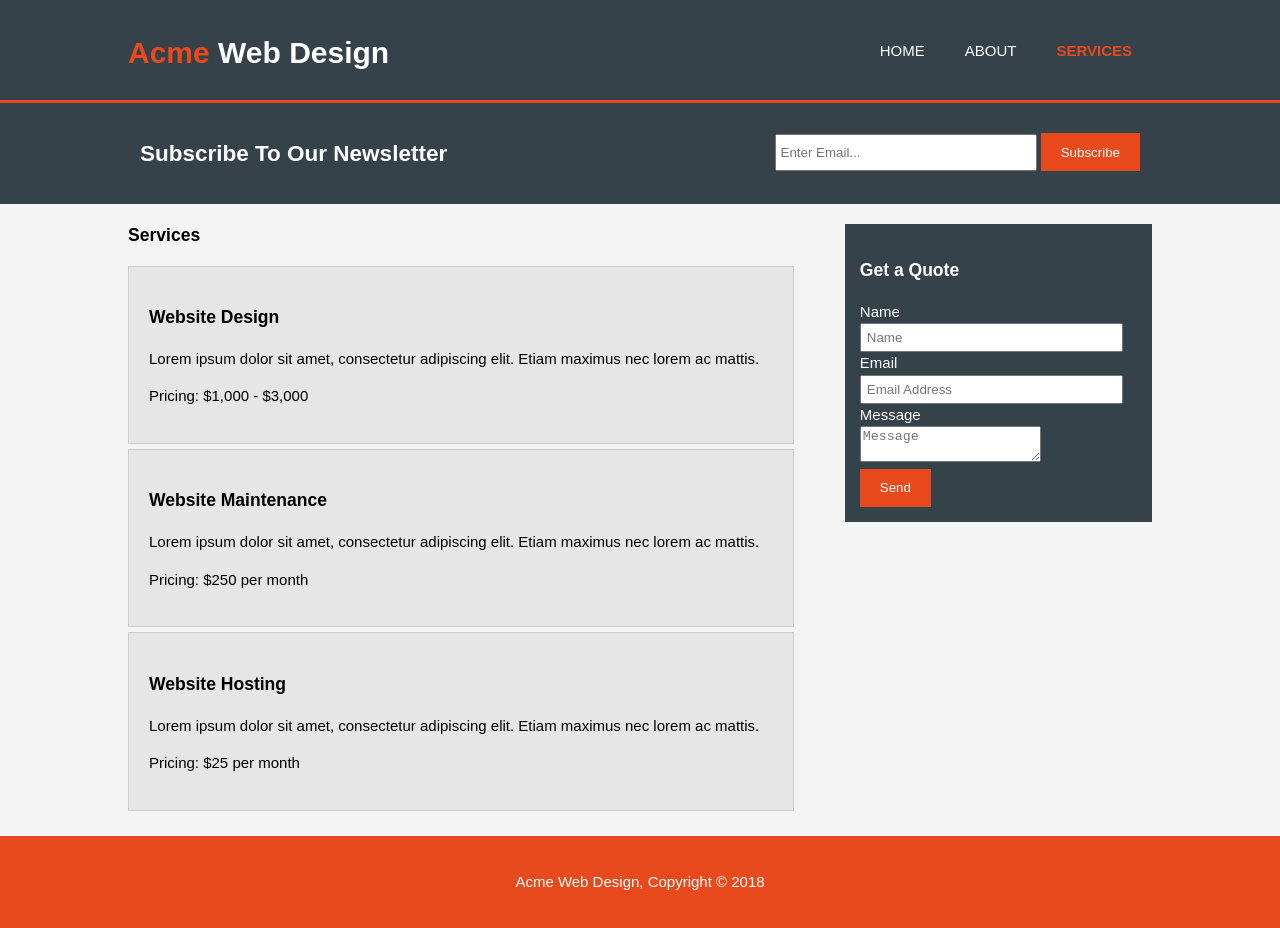
Repository: pablitoe61/exercices-html
Page: responsive/services.html
The author's editor kept a record of every edit. The page is drawn from the files as they stood at one moment, then again after the next edit.
The browser window is 1280 px wide. The pictures show the whole page.
Some web libraries are served in a nearby version.

Above is the page before.

After the next edit:
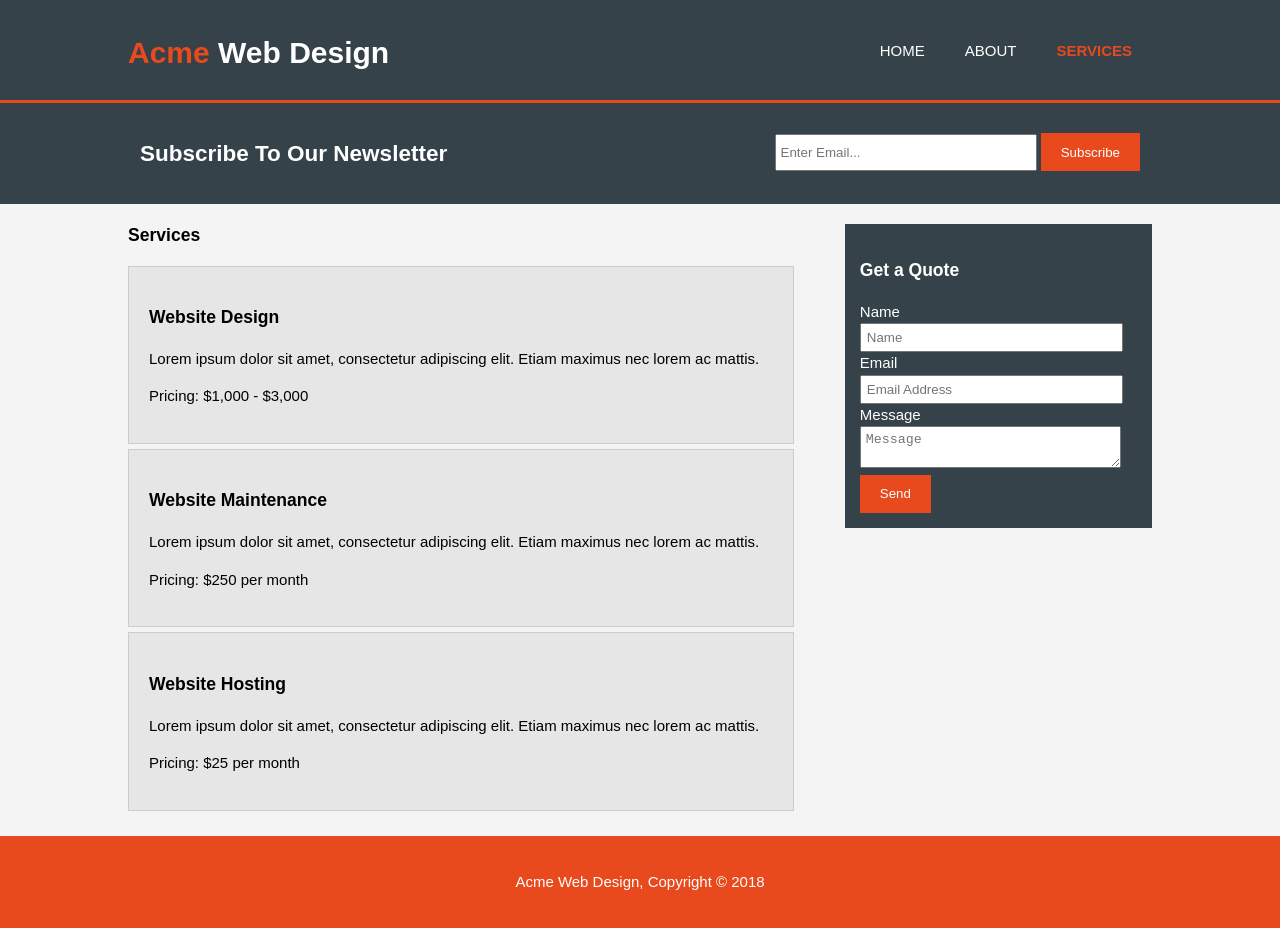
The edit:
--- a/responsive/css/styles.css
+++ b/responsive/css/styles.css
@@ -161,7 +161,7 @@
     margin-top:10px;
 }
 
-aside#sidebar .quote input, aside#sidebar .quote input {
+aside#sidebar .quote input, aside#sidebar .quote textarea {
     width:90%;
     padding:5px;
 }
